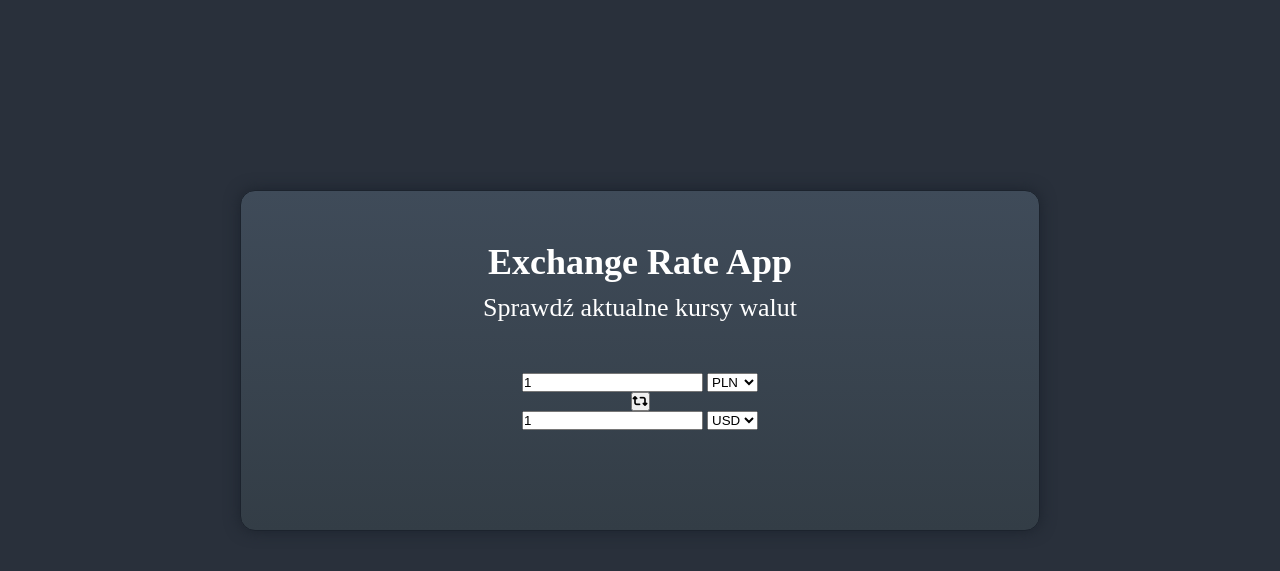
Repository: KrzysKolo/Projekt-6_Kantor
Page: index.html
An editor plug-in stored every save of this project. The page is shown before and after the next save, followed by the edit.
The browser window is 1280 px wide. The pictures show the whole page.
Some web fonts or font styles are not loaded; a fallback is used. Some web libraries are served in a nearby version.

Above is the page before, as saved 2020-07-12 06:03:40.

### index.html
<!DOCTYPE html>
<html lang="en">
  <head>
    <meta charset="UTF-8" />
    <meta name="viewport" content="width=device-width, initial-scale=1.0" />
    <title>Kantor</title>
    <link
      href="https://fonts.googleapis.com/css2?family=Montserrat:wght@200;400&family=Niconne&family=Vibes&display=swap"
      rel="stylesheet"
    />
    <script
      src="https://kit.fontawesome.com/327a0d490c.js"
      crossorigin="anonymous"
    ></script>

    <link rel="stylesheet" href="./css/style.css" />
  </head>
  <body>
    <div class="wrapper">
      <h1>Exchange Rate App</h1>
      <p>Sprawdź aktualne kursy walut</p>
      <div class="app-body">
        <div class="section-left">
          <input type="number" class="amount-one" value="1" />
          <select name="currency-one">
            <option value="PLN" selected>PLN</option>
            <option value="USD">USD</option>
            <option value="GBP">GBP</option>
            <option value="EUR">EUR</option>
            <option value="CHF">CHF</option>
            <option value="JPY">JPY</option>
          </select>
        </div>
        <button class="swap">
          <i class="fas fa-retweet"></i>
        </button>
        <div class="section-right">
          <input type="number" class="amount-two" value="1" />
          <select name="currency-two">
            <option value="PLN">PLN</option>
            <option value="USD" selected>USD</option>
            <option value="GBP">GBP</option>
            <option value="EUR">EUR</option>
            <option value="CHF">CHF</option>
            <option value="JPY">JPY</option>
          </select>
        </div>
      </div>
      <p class="rate-info"></p>
    </div>
    <script src="./js/index.js"></script>
  </body>
</html>

### css/style.css
* {
  box-sizing: border-box;
  margin: 0;
  padding: 0;
}
body {
  display: flex;
  justify-content: center;
  align-items: center;
  height: 100vh;

  background-color: #29303b;
}
.wrapper {
  padding: 50px;
  width: 800px;
  background-image: linear-gradient(#3f4b59, #333d46);
  color: #fff;
  text-align: center;
  border: 1px solid #1c232d;
  border-radius: 15px;
  box-shadow: 0 0 15px #1c232d;
}
.wrapper h1 {
  margin-bottom: 10px;
  font-size: 36px;
  font-family: "Niconne", cursive;
}
.wrapper p {
  margin-bottom: 50px;
  font-size: 26px;
  font-family: "Vibes", cursive;
}

Loaded but not shown: js/index.js (no copy from this time; the picture is the same without it)

After the next save:
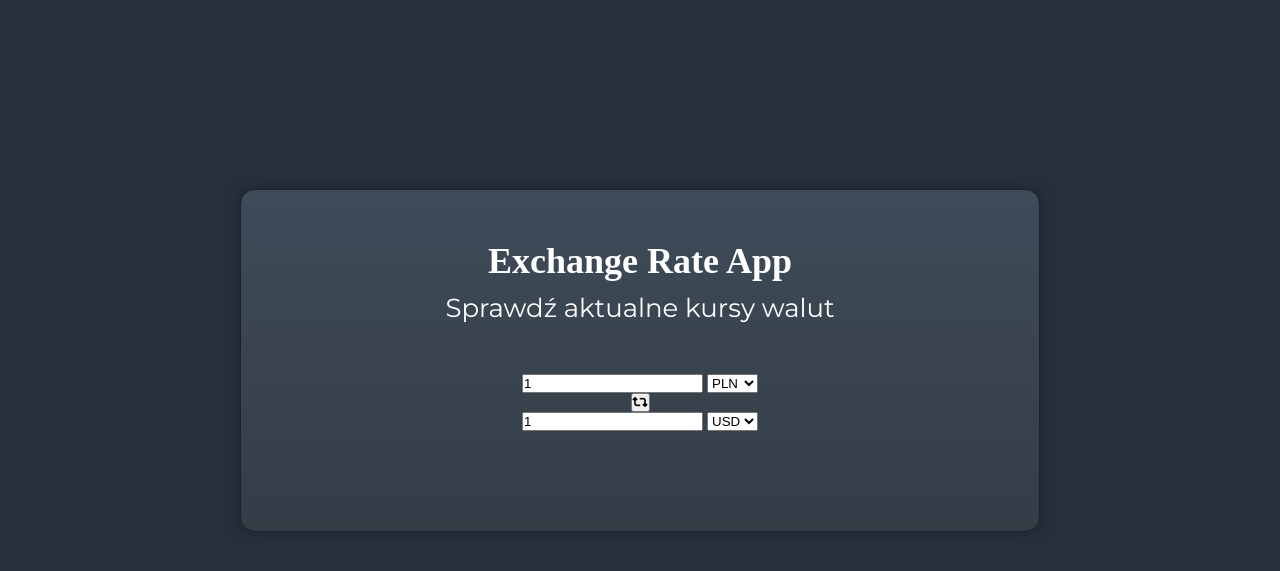
Saved 36 s later.
--- a/css/style.css
+++ b/css/style.css
@@ -24,10 +24,11 @@ body {
 .wrapper h1 {
   margin-bottom: 10px;
   font-size: 36px;
-  font-family: "Niconne", cursive;
+  font-family: "Vibes", cursive;
 }
 .wrapper p {
   margin-bottom: 50px;
   font-size: 26px;
-  font-family: "Vibes", cursive;
+
+  font-family: "Montserrat", sans-serif;
 }
